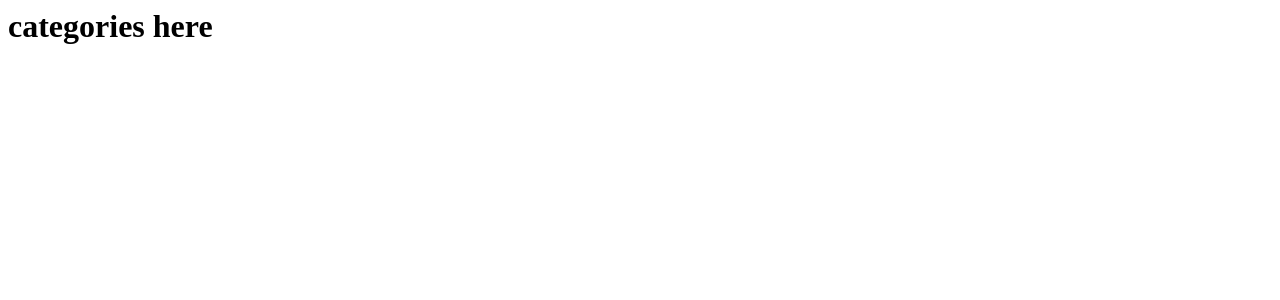
Repository: dvbondoy/peddler-pos
Page: www/product/templates/categories.html
These files come from the project's save history. The page is drawn as it stood at one moment and after the next save; the edit follows.
The browser window is 1280 px wide. The pictures show the whole page.

Above is the page before, as saved 2016-12-05 08:23:21.

### www/product/templates/categories.html
<ion-view>
  <ion-content>
    <h1>categories here</h1>
  </ion-content>
</ion-view>

After the next save:
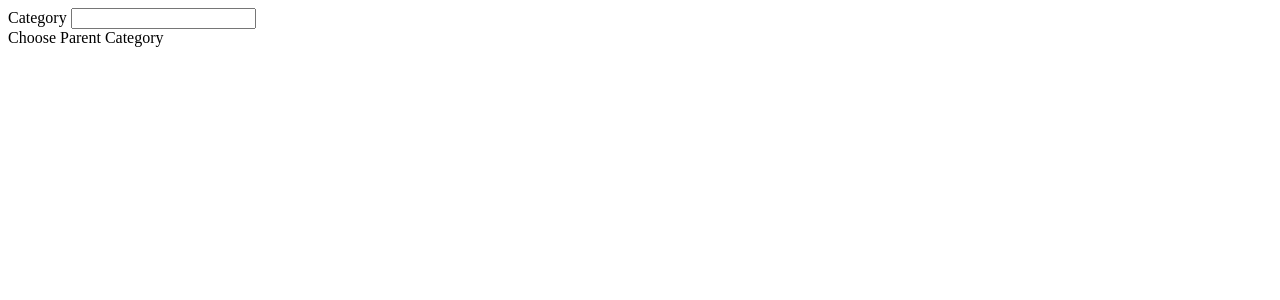
Saved 13 h 51 min later.
--- a/www/product/templates/categories.html
+++ b/www/product/templates/categories.html
@@ -1,5 +1,16 @@
 <ion-view>
   <ion-content>
-    <h1>categories here</h1>
+    <div class="padding">
+      <div class="list">
+        <span class="input-label">Category</span>
+        <input type="text">
+      </div>
+      <div class="padding">
+        <div class="paddin">
+          Choose Parent Category
+          <span class="pull-right ion-chevron-down"></span>
+        </div>
+      </div>
+    </div>
   </ion-content>
 </ion-view>
